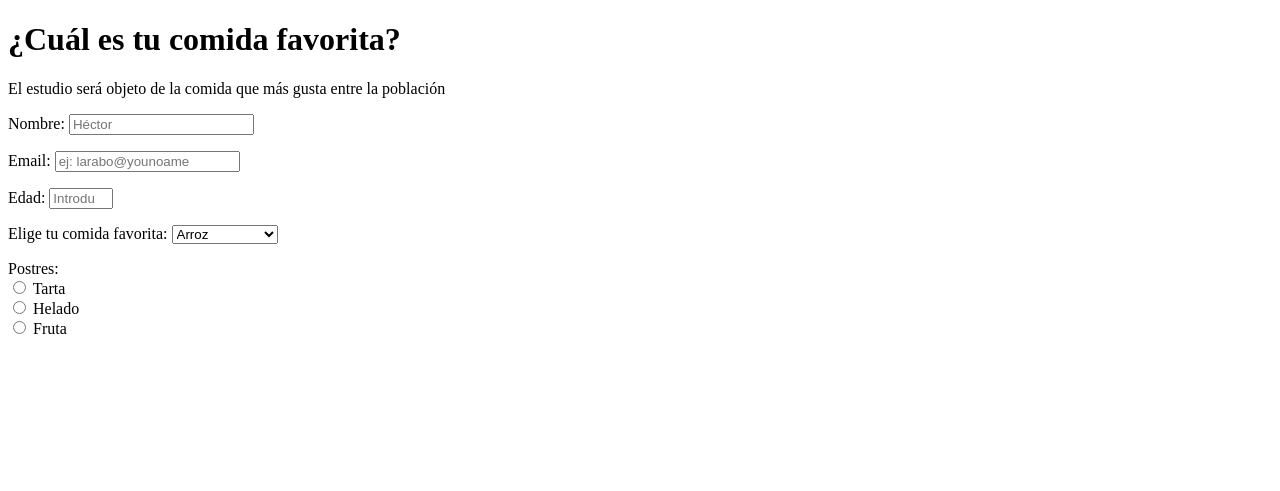
Repository: Fidesone/Form
Page: form/Index.html
The author's editor kept a copy of each file at every save. The page is drawn from the files as they stood at one save, then again after the next save.
The browser window is 1280 px wide. The pictures show the whole page.

Above is the page before, as saved 2020-09-23 10:33:13.

### form/Index.html
<!DOCTYPE html>
<html>
<head>
<meta charset="ISO-8859-1">
<title>Formulario</title>
</head>
<body>
<h1 id="title">¿Cuál es tu comida favorita?</h1>
<p id="desciption">El estudio será objeto de la comida que más gusta entre la población</p>
<form id="survey-form">
	<p id="name">Nombre: <input type="text" placeholder="Héctor" id="name-label"></p>
	<p id="email">Email: <input type="email" placeholder="ej: larabo@younoame" id="email-label"></p>
	<p id="number">Edad: <input type="number" placeholder="Introduce tu edad" id="number-label" required pattern=[0-9] min="0" max="100"></p>

	<label >Elige tu comida favorita:</label>
	<select id="dropdown">

		<option value="arroz">Arroz</option>
		<option value="pasta">Pasta</option>
		<option value="paella">Paella</option>
		<option value="pizza">Pizza</option>
		<option value="hamburguesa">Hamburguesa</option>
	</select>
	<p>
		Postres:<br> <input type="radio" name="comida" value="tarta"> Tarta <br>
		<input type="radio" name="comida" value="helado"> Helado <br>
		<input type="radio" name="comida" value="fruta"> Fruta <br>
	</p>
</form>
</body>
</html>

After the next save:
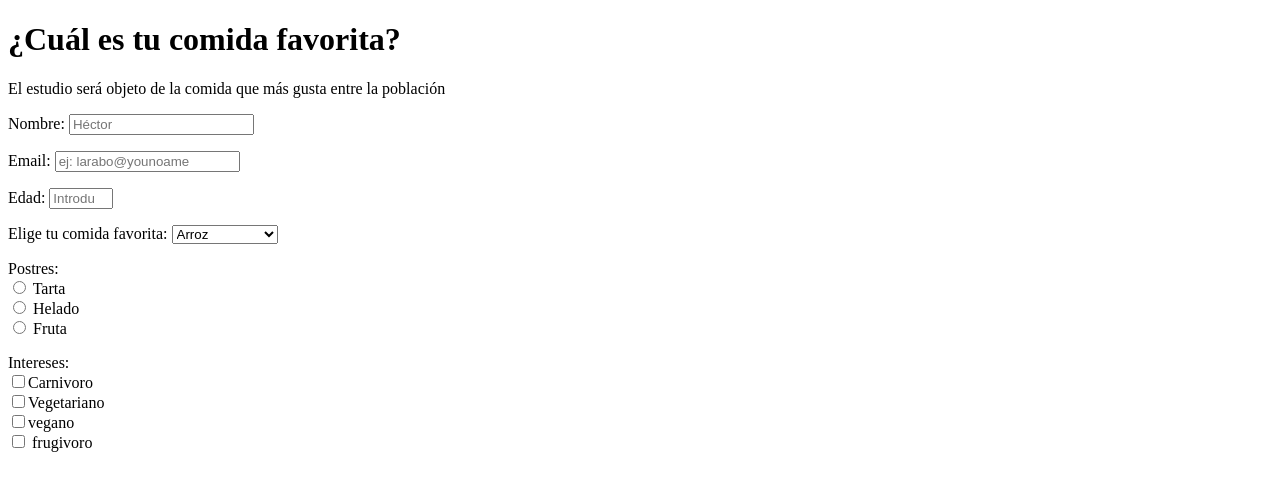
Saved 16 min 37 s later.
--- a/form/Index.html
+++ b/form/Index.html
@@ -22,9 +22,19 @@
 		<option value="hamburguesa">Hamburguesa</option>
 	</select>
 	<p>
-		Postres:<br> <input type="radio" name="comida" value="tarta"> Tarta <br>
+		Postres:<br>
+		<input type="radio" name="comida" value="tarta"> Tarta <br>
 		<input type="radio" name="comida" value="helado"> Helado <br>
 		<input type="radio" name="comida" value="fruta"> Fruta <br>
+	</p>
+
+	<!-- teniendo el valor "checkbox" en su atributo type, representa un control de dos estados que permite a los usuarios marcarlo como seleccionado o deseleccionado.  -->
+	<p>
+		Intereses:<br>
+		<input type="checkbox" name="carnivoro">Carnivoro<br>
+		<input type="checkbox" name="vegetariano">Vegetariano<br>
+		<input type="checkbox" name="vegano">vegano<br>
+		<input type="checkbox" name="frugívoro"> frugivoro <br>
 	</p>
 </form>
 </body>
